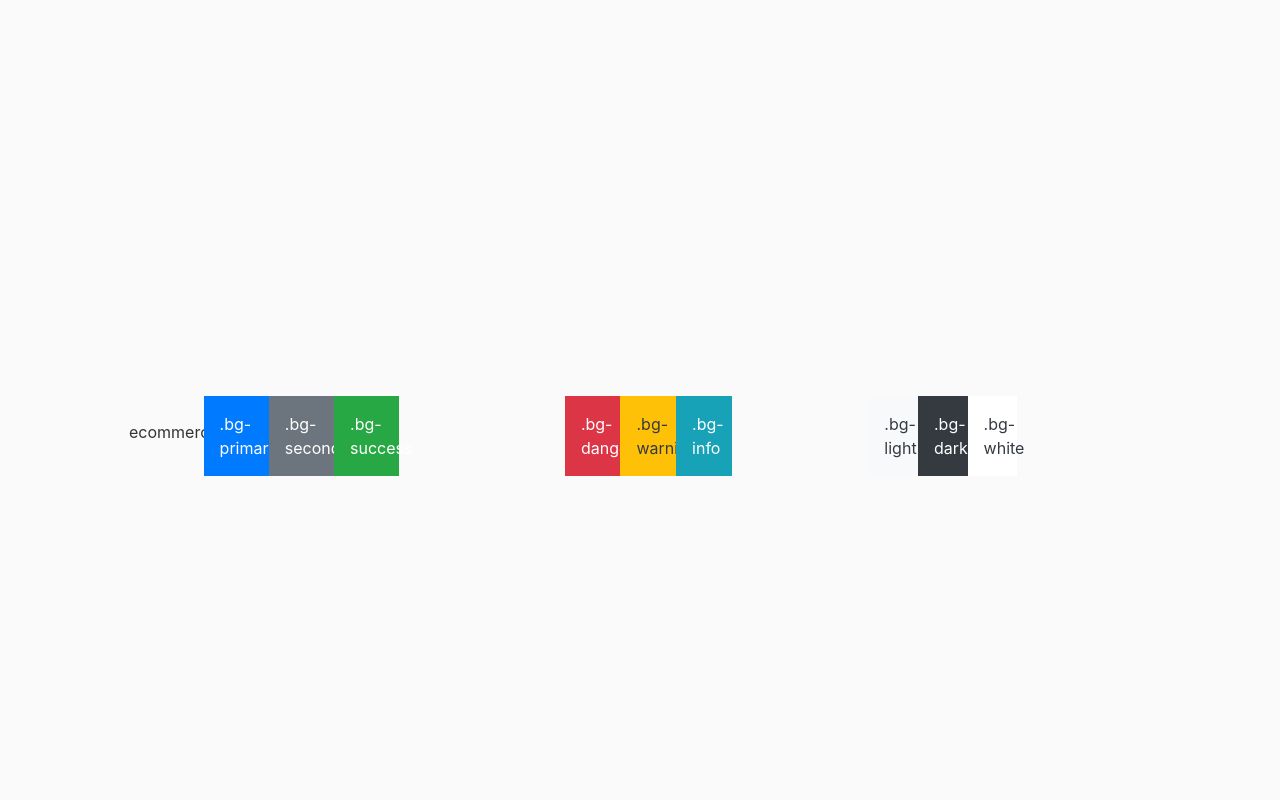
Repository: khanhdk0000/first_proj
Page: http://localhost/about?my_var=ecommerce
These files come from the project's save history. The page is drawn as it stood at one moment and after the next save; the edit follows.
The browser window is 1280 px wide. The pictures show the whole page.
Some web libraries are served in a nearby version. The page is served by the project's application, run on Flask 3 (flaskblog.py).

Above is the page before, as saved 2021-05-25 11:39:05.

After the next save:
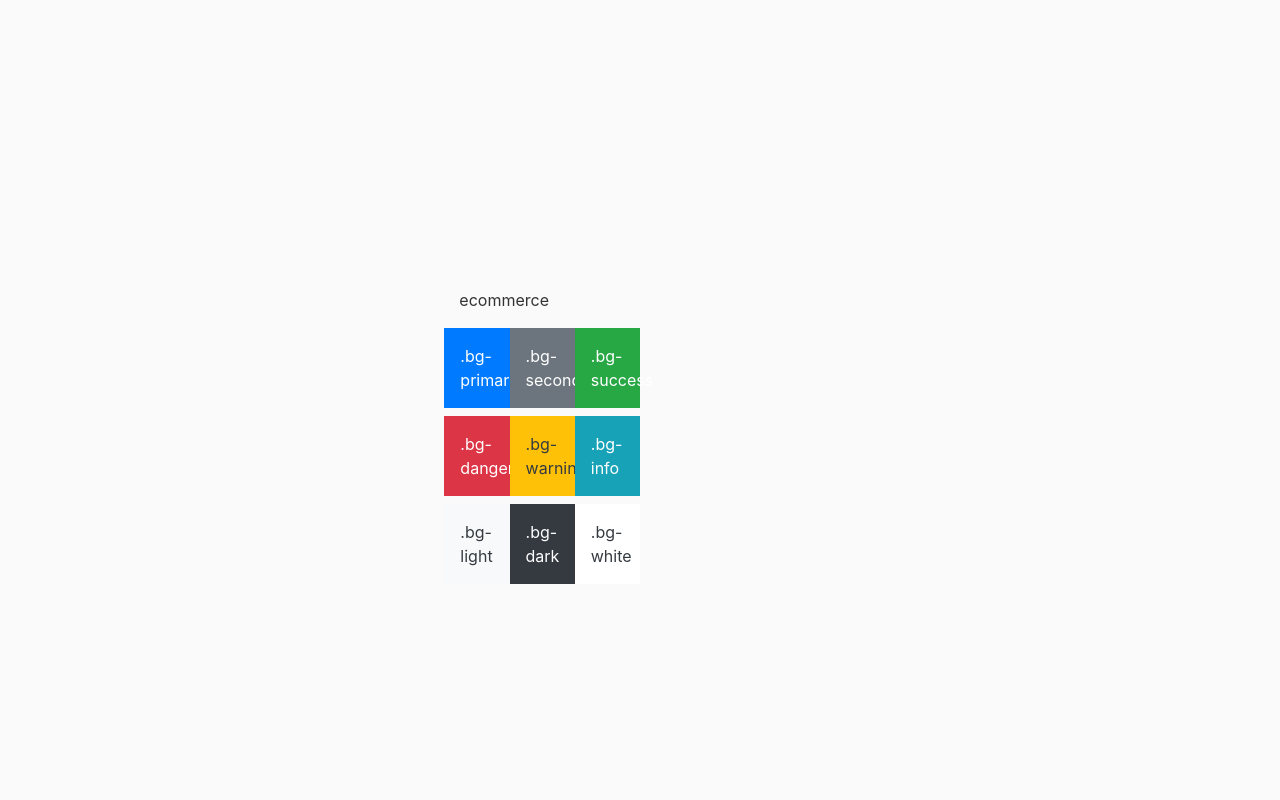
Saved 17 s later.
--- a/templates/about.html
+++ b/templates/about.html
@@ -1,6 +1,6 @@
 {% extends "layout.html" %} {% block content %}
 <div class="container h-100 vertical-center">
-  <div class="row h-100 justify-content-center align-items-center">
+  <div class="h-100 justify-content-center align-items-center">
     <p>{{ var}}</p>
     <div class="row">
       <div class="col-2 p-3 mb-2 bg-primary text-white">.bg-primary</div>
